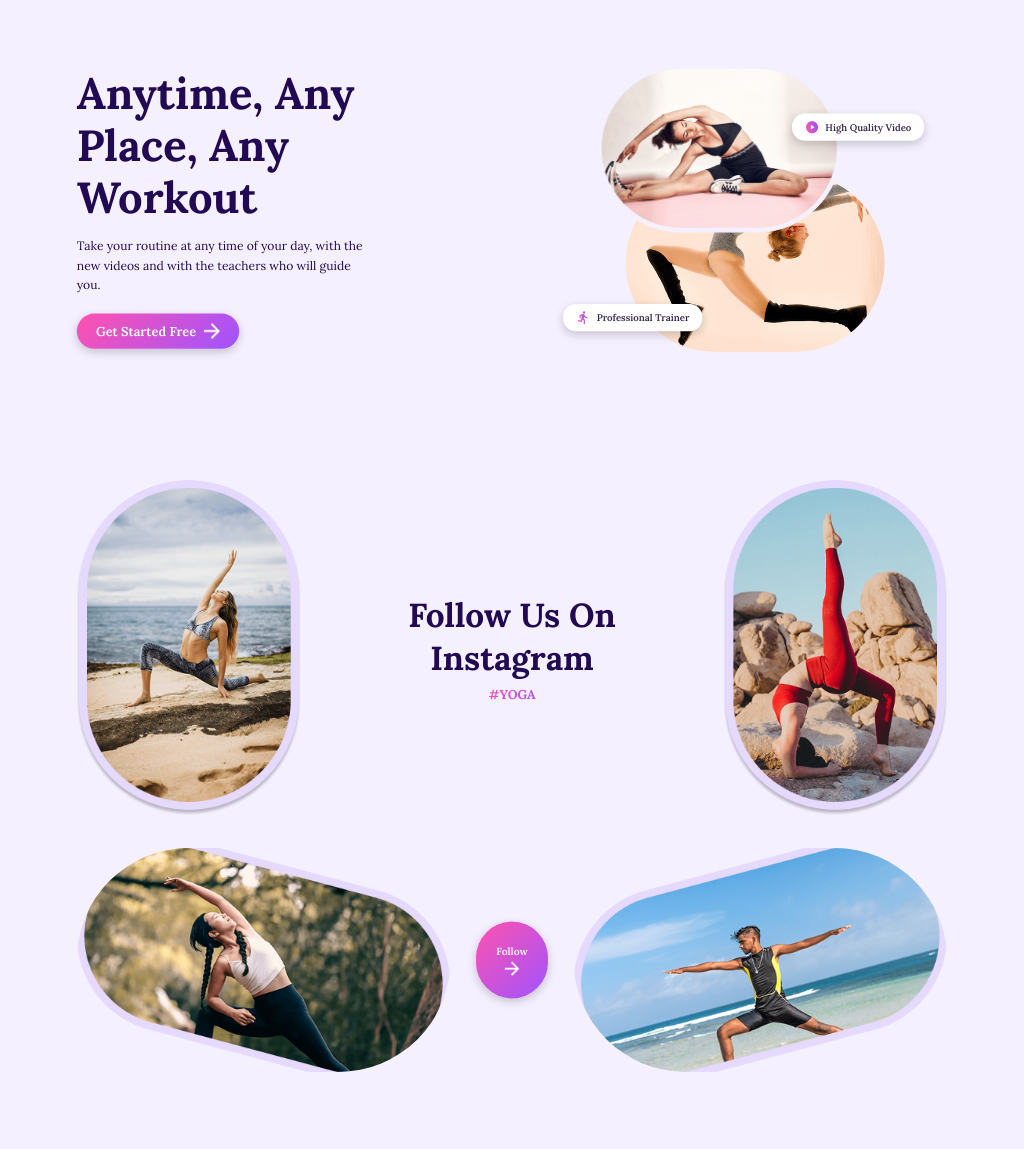
Repository: EunsuhJeon/responsive-yoga-website
Page: index.html
These files come from the project's save history. The page is drawn as it stood at one moment and after the next save; the edit follows.
The browser window is 1280 px wide. The pictures show the whole page, at 80% of full size.

Above is the page before, as saved 2025-11-26 00:48:41.

After the next save:
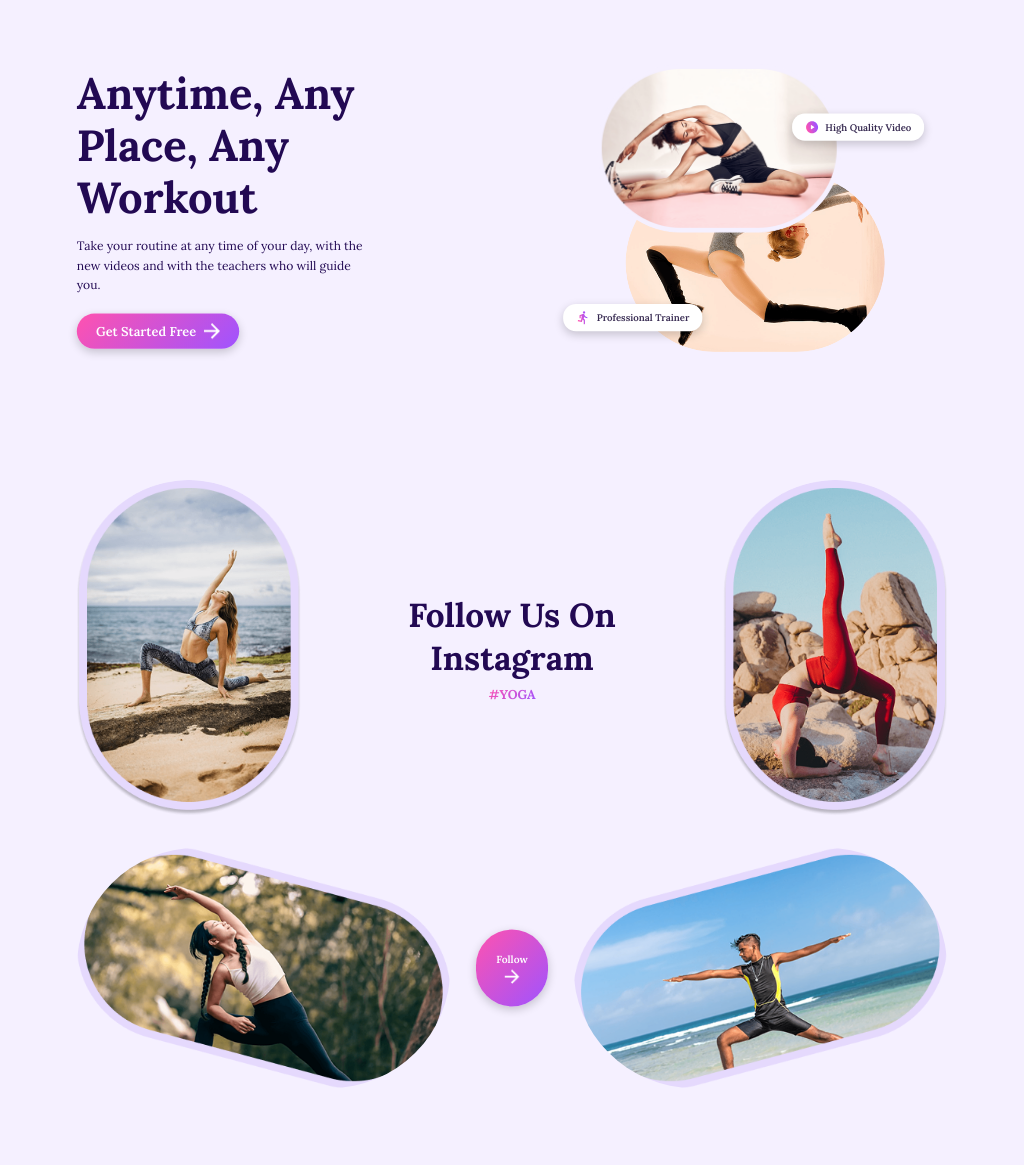
Saved 7 s later.
--- a/main.css
+++ b/main.css
@@ -299,7 +299,7 @@ button:active,
 .seccion-5-img-bl,
 .seccion-5-img-br {
   width: 500px;
-  height: 280px;
+  height: 300px;
 }
 
 /* Botón circular central */
